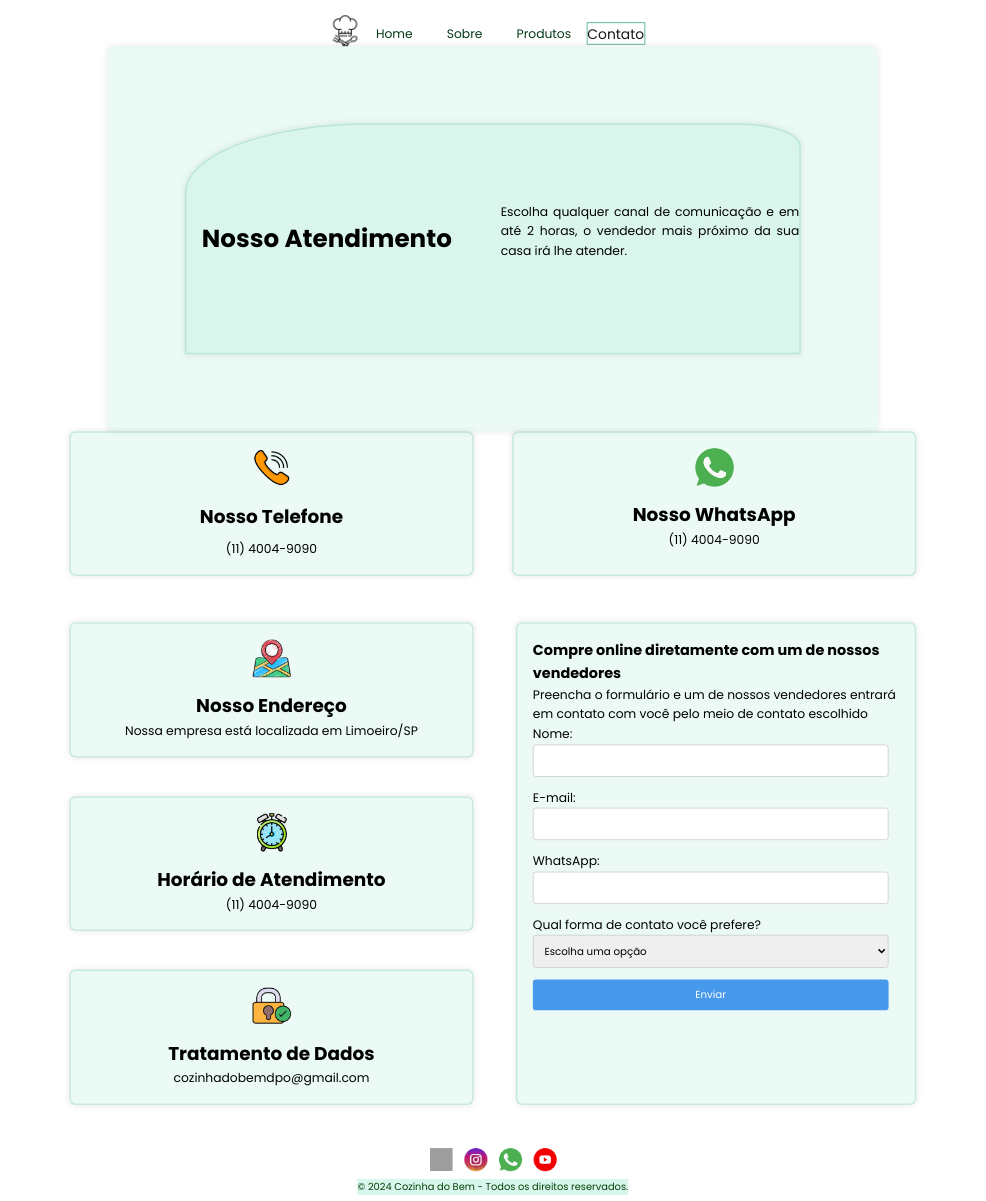
Repository: Thalia-Nataly/Cozinha-do-Bem-Proz
Page: contato.html
The author's editor kept a copy of each file at every save. The page is drawn from the files as they stood at one save, then again after the next save.
The browser window is 1280 px wide. The pictures show the whole page, at 77% of full size.
Pictures or frames that could not be fetched are drawn as grey boxes.

Above is the page before, as saved 2024-08-25 19:28:36.

After the next save:
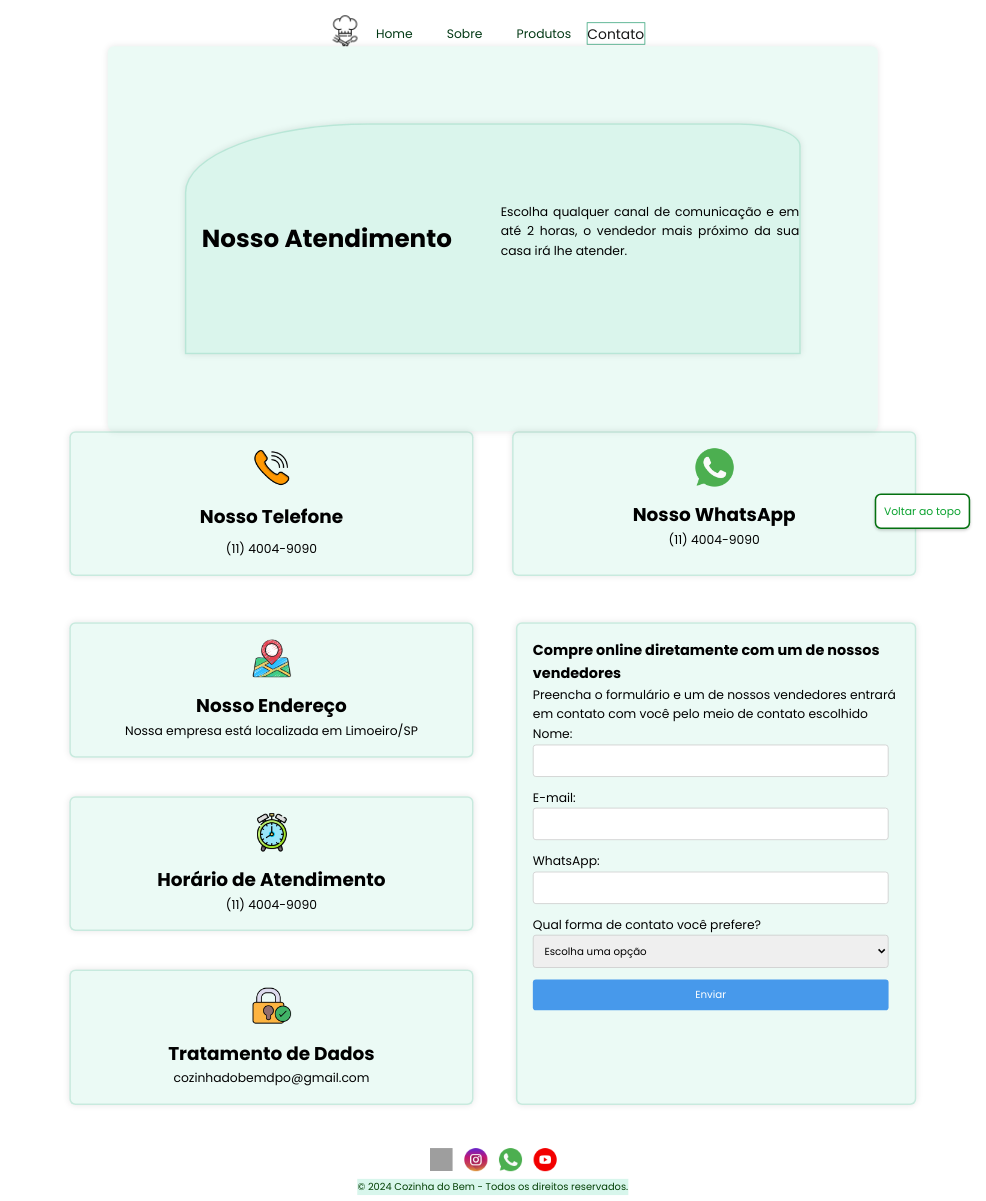
Console error: SyntaxError: Unexpected identifier 'required'
Saved 7 s later.
--- a/js/menu.js
+++ b/js/menu.js
@@ -23,12 +23,13 @@
 };
 
 // formulario de contato//
-function Enviar() {
+O required ja vai fazer isso pra você, não vai deixar você enviar sem preencher o input, mas, com JS você pode verificar se o value está vazio:
 
-    var nome = document.getElementById("nomeid");
-
-    if (nome.value != "") {
-        alert('Obrigado sr(a) ' + nome.value + ' os seus dados foram encaminhados com sucesso');
-    }
-
+function ValidarFormulario(id){
+  const idForm = document.getElementById(id).getAttribute('id');
+  document.querySelectorAll('#' + idForm + ' input').forEach(function(a){
+      if(a.value.length < 1 && a.hasAttribute('required')) {
+          console.log('Por favor, preencha todos os campos!');
+      }
+  });
 }

After the save that followed:
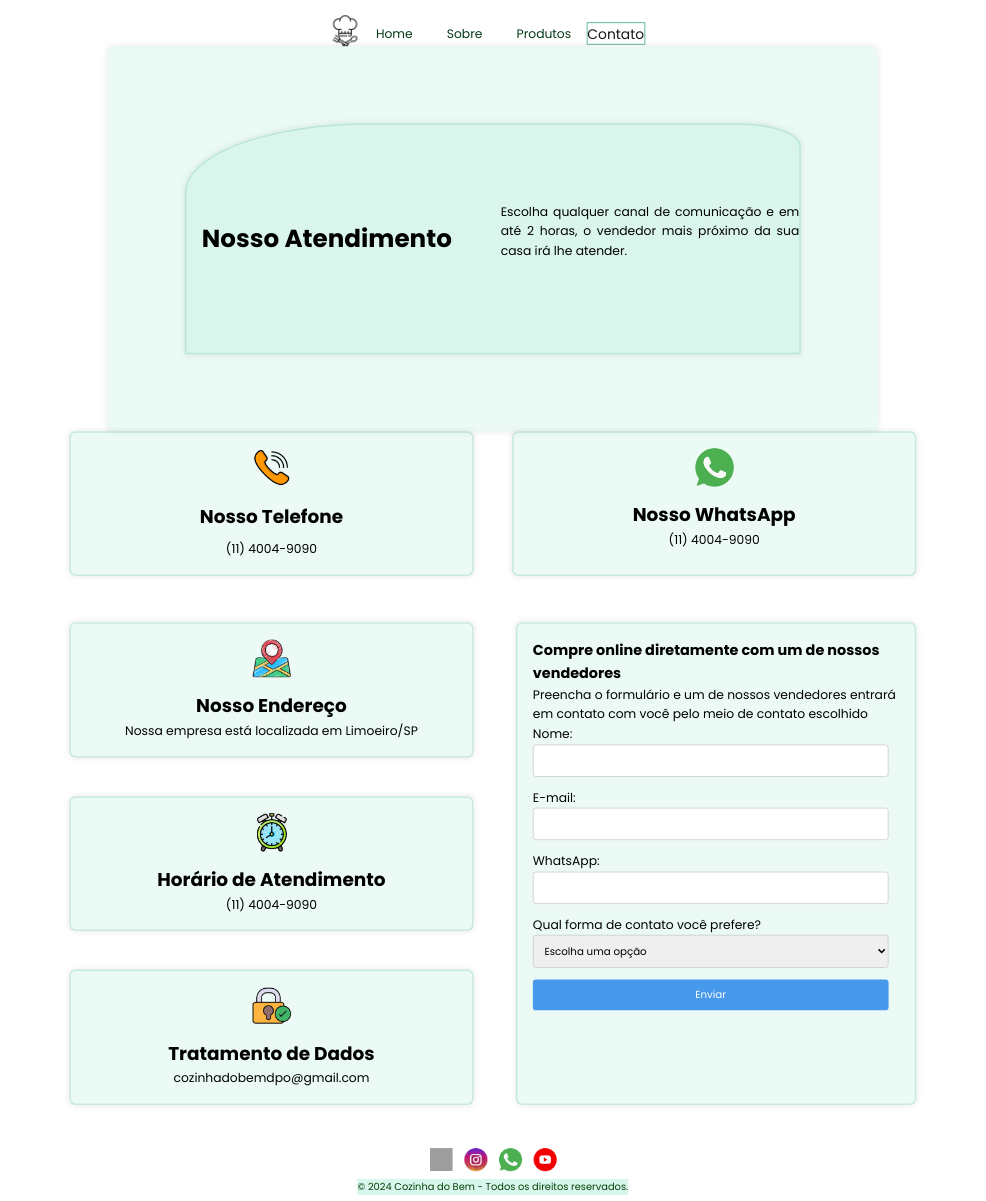
The error is gone.
Saved 5 s later.
--- a/js/menu.js
+++ b/js/menu.js
@@ -23,7 +23,7 @@
 };
 
 // formulario de contato//
-O required ja vai fazer isso pra você, não vai deixar você enviar sem preencher o input, mas, com JS você pode verificar se o value está vazio:
+
 
 function ValidarFormulario(id){
   const idForm = document.getElementById(id).getAttribute('id');
